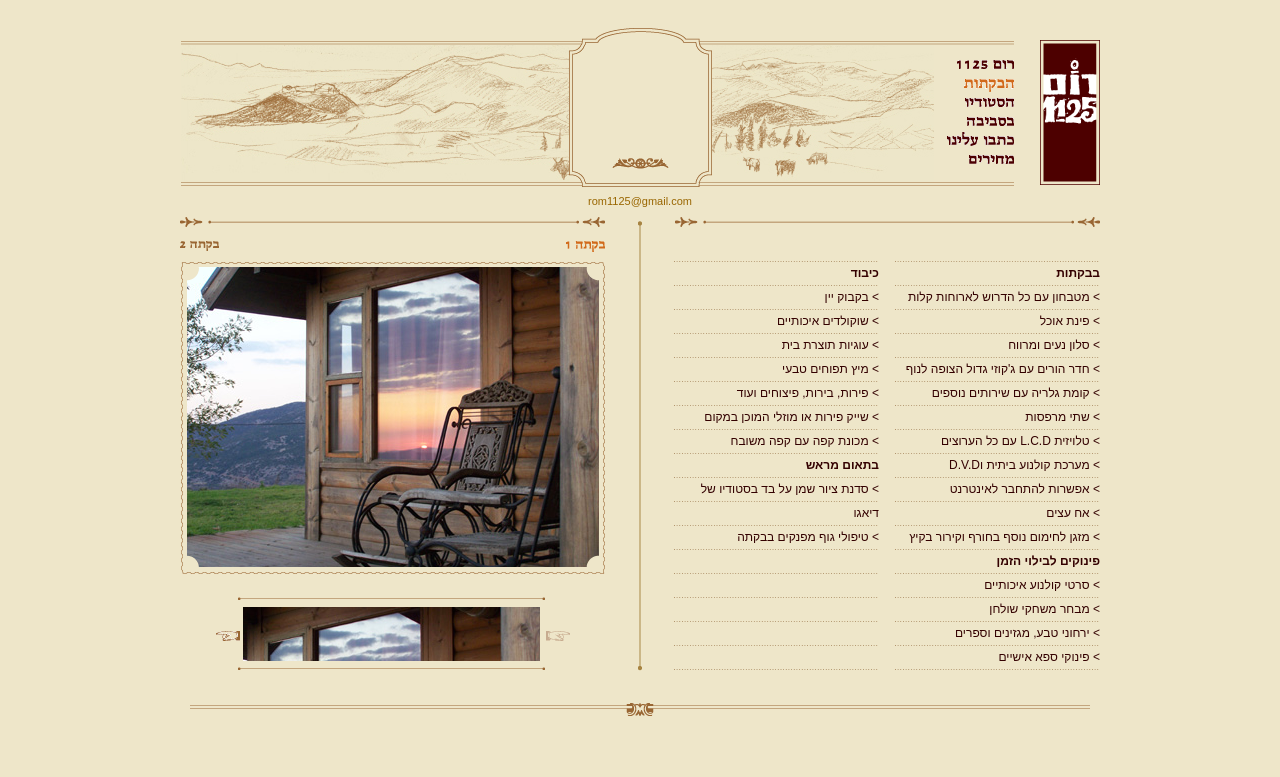
Repository: asafg/rom1125
Page: rom1125/WebContent/huts.html
These files come from the project's save history. The page is drawn as it stood at one moment and after the next save; the edit follows.
The browser window is 1280 px wide. The pictures show the whole page.

Above is the page before, as saved 2010-06-10 12:42:13.

### rom1125/WebContent/huts.html
<!DOCTYPE html PUBLIC "-//W3C//DTD XHTML 1.1//EN" "http://www.w3.org/TR/xhtml11/DTD/xhtml11.dtd">
<html xmlns="http://www.w3.org/1999/xhtml">

<head>
  <meta http-equiv="Content-Type" content="text/html; charset=utf-8"/>
  <title>רום 1125</title>
  <link rel="stylesheet" href="css/common.css" type="text/css" media="screen"/>
  <link rel="stylesheet" href="css/huts.css" type="text/css" media="screen"/>
  <script src="js/img_gal_cc_compressed.js" type="text/javascript"></script>
  <script type="text/javascript">
  function showHutGallery(hut) {
	  var otherHut = (hut == 1) ? 2 : 1;
	  $('hut' + hut).addClass('active');
	  $('hut' + otherHut).removeClass('active');
	  $('thumbnails_panel' + otherHut).setStyle('display', 'none');
	  $('slideshow' + otherHut).setStyle('display', 'none');
	  $('thumbnails_panel' + hut).setStyle('display', 'block');
	  $('slideshow' + hut).setStyle('display', 'block');
	  if (hut == 2 && hut2ImageGallery == null) {
		  initHut2Gallery();
	  }
  }

  function initHut2Gallery() {
	  hut2ImageGallery = new ImageGallery({
		slides: $$('#slideshow2 img'),
		thumbnails: $$('#thumbnails_wrapper2 img'),
		thumbnailsViewport: 'thumbnails2',
		thumbnailsContainer: 'thumbnails_wrapper2',
		nextThumbnailLink: 'left_arrow2',
		prevThumbnailLink: 'right_arrow2',
		nextThumbnailLinkClass: 'left_arrow',
		prevThumbnailLinkClass: 'right_arrow'});
  }
  </script>
</head>
<body>
<div id="main">
<!-- header -->
<div id="header">
<img id="logo" src="images/logo.png"/>
<div id="header_without_logo"><!-- The part of the header left of the logo -->
<div id="header_top"><img src="images/header_top.png"/></div>
<div id="toolbar_buttons">
<a id="home_link" href="index.html"><img src="images/blank.gif"/></a>
<img src="images/biktot_hl.gif"/>
<a id="studio_link" href="studio.html"><img src="images/blank.gif"/></a>
<a id="env_link" href="env.html"><img src="images/blank.gif"/></a>
<a id="media_link" href="media.html"><img src="images/blank.gif"/></a>
<a id="prices_link" href="prices.html"><img src="images/blank.gif"/></a>
</div><!-- toolbar_buttons -->
<div class="header_image"><img src="images/header_right.jpg"/></div>
<div class="header_image"><img src="images/header_middle.png"/></div>
<div class="header_image"><img src="images/header_left.jpg"/></div>
<div id="header_bottom"><img id="header_bottom_image" src="images/header_bottom.png"/></div>
</div><!-- header_without_logo-->
<div id="email_address_div">
<a href="mailto:rom1125@gmail.com" class="email_address">rom1125@gmail.com</a>
</div><!-- email_address_div -->
</div><!-- header -->
<!-- now for the separators -->
<div id="right_part">
<img src="images/top_horiz_sep.png" class="sep_image"/>
<div id="page_text" class="page_text">
<div id="right_col" class="text_column">
<b>בבקתות</b><br/>
&gt; מטבחון עם כל הדרוש לארוחות קלות<br/>
&gt; פינת אוכל<br/>
&gt; סלון נעים ומרווח<br/>
&gt; חדר הורים עם ג'קוזי גדול הצופה לנוף<br/>
&gt; קומת גלריה עם שירותים נוספים<br/>
&gt; שתי מרפסות<br/>
&gt; טלויזית L.C.D עם כל הערוצים<br/>
&gt; מערכת קולנוע ביתית וD.V.D<br/>
&gt; אפשרות להתחבר לאינטרנט<br/>
&gt; אח עצים<br/>
&gt; מזגן לחימום נוסף בחורף וקירור בקיץ<br/>
<b>פינוקים לבילוי הזמן</b><br/>
&gt; סרטי קולנוע איכותיים<br/>
&gt; מבחר משחקי שולחן<br/>
&gt; ירחוני טבע, מגזינים וספרים<br/>
&gt; פינוקי ספא אישיים<br/>
</div><!-- right_col -->
<div id="columns_spacer"></div>
<div id="left_col" class="text_column">
<b>כיבוד</b><br/>
&gt; בקבוק יין<br/>
&gt; שוקולדים איכותיים<br/>
&gt; עוגיות תוצרת בית<br/>
&gt; מיץ תפוחים טבעי<br/>
&gt; פירות, בירות, פיצוחים ועוד<br/>
&gt; שייק פירות או מוזלי המוכן במקום<br/>
&gt; מכונת קפה עם קפה משובח<br/>
<b>בתאום מראש</b><br/>
&gt; סדנת ציור שמן על בד בסטודיו של דיאגו<br/>
&gt; טיפולי גוף מפנקים בבקתה<br/>
</div><!-- left_col -->
</div><!-- page_text -->
</div><!-- right -->
<div id="vert_sep">
<img src="images/top_ball.png" class="sep_image"/>
<div id="vert_bar"></div>
<img src="images/bottom_ball.png" class="sep_image"/>
</div><!-- vert_sep -->
<div id="left_part">
<img src="images/top_horiz_sep.png" class="sep_image"/>
<div id="hut_links">
	<a href="#" id="hut1" onclick="showHutGallery(1)"><img src="images/blank.gif"/></a>
	<a href="#" id="hut2" onclick="showHutGallery(2)"><img src="images/blank.gif"/></a>
</div>
<div id="photo_frame"><div id="photo_frame_overlay"></div>
<div id="slideshow1">
<img src="images/photos/hut1_1.jpg" alt="השתקפות שקיעה על חלון בקתה 1" title="השתקפות שקיעה על חלון בקתה 1"/>
<img src="images/photos/hut1_2.jpg" alt="שקיעה עם וניל" title="שקיעה עם וניל"/>
<img src="images/photos/hut1_3.jpg" alt="נוף מהמרפסת - עיו קניה" title="נוף מהמרפסת - עיו קניה"/>
<img src="images/photos/hut1_4.jpg" alt="בשלג מכוון המדרגות" title="בשלג מכוון המדרגות"/>
<img src="images/photos/hut1_5.jpg" alt="המרפסת בשלג בלילה" title="המרפסת בשלג בלילה"/>
<img src="images/photos/hut1_6.jpg" alt="זריחה מיוחדת למקדימים להשכים" title="זריחה מיוחדת למקדימים להשכים"/>
<img src="images/photos/hut1_7.jpg" alt="הגפן ובקתה 1 ברקע" title="הגפן ובקתה 1 ברקע"/>
<img src="images/photos/hut1_8.jpg" alt="שקיעה משתקפת על החלון המערבי" title="שקיעה משתקפת על החלון המערבי"/>
<img src="images/photos/hut1_9.jpg" alt="ויטראז' ועץ בחלון" title="ויטראז' ועץ בחלון"/>
<img src="images/photos/hut1_10.jpg" alt="סלון בקתה 1" title="סלון בקתה 1"/>
<img src="images/photos/hut1_11.jpg" alt="הסלון מהאח" title="הסלון מהאח"/>
<img src="images/photos/hut1_12.jpg" alt="חדר שינה ועץ בחלון" title="חדר שינה ועץ בחלון"/>
<img src="images/photos/hut1_13.jpg" alt="מטבח עם קערת פרות" title="מטבח עם קערת פרות"/>
<img src="images/photos/hut1_14.jpg" alt="קערת דובדבנים ומוזלי ברקע הסלון" title="קערת דובדבנים ומוזלי ברקע הסלון"/>
<img src="images/photos/hut1_15.jpg" alt="סלון" title="סלון"/>
<img src="images/photos/hut1_16.jpg" alt="עציץ מלמטה" title="עציץ מלמטה"/>
<img src="images/photos/hut1_17.jpg" alt="קומה עליונה ועץ בחלון" title="קומה עליונה ועץ בחלון"/>
<img src="images/photos/hut1_18.jpg" alt="פינת ישיבה בקומה עליונה" title="פינת ישיבה בקומה עליונה"/>
<img src="images/photos/hut1_19.jpg" alt="נוף ירוק מחלון ג'קוזי 1" title="נוף ירוק מחלון ג'קוזי 1"/>
<img src="images/photos/hut1_20.jpg" alt="ג'קוזי וויטראז' בבקתה 1" title="ג'קוזי וויטראז' בבקתה 1"/>
<img src="images/photos/hut1_21.jpg" alt="בקתה בצללית" title="בקתה בצללית"/>
<img src="images/photos/hut1_22.jpg" alt="שני כיסאות לנוף בשלג" title="שני כיסאות לנוף בשלג"/>
</div><!-- slideshow1 -->
<div id="slideshow2">
<img src="images/photos/photo12.jpg"/>
<img src="images/photos/photo11.jpg"/>
<img src="images/photos/photo12.jpg"/>
<img src="images/photos/photo11.jpg"/>
<img src="images/photos/photo12.jpg"/>
<img src="images/photos/photo11.jpg"/>
</div><!-- slideshow2 -->
</div>
<div id="thumbnails_panel1">
<img id="upper_gallery_strip1" src="images/gallery_strip.png"/>
<div id="thumbnails_toolbar1">
<img id="right_arrow1" src="images/blank.gif" class="right_arrow"/>
<div id="thumbnails1">
<div id="thumbnails_wrapper1">
<div class="thumbnail"><img src="images/photos/hut1_1.jpg" alt="השתקפות שקיעה על חלון בקתה 1" title="השתקפות שקיעה על חלון בקתה 1"/></div>
<img src="images/photos/hut1_2.jpg" alt="שקיעה עם וניל" title="שקיעה עם וניל"/>
<img src="images/photos/hut1_3.jpg" alt="נוף מהמרפסת - עיו קניה" title="נוף מהמרפסת - עיו קניה"/>
<img src="images/photos/hut1_4.jpg" alt="בשלג מכוון המדרגות" title="בשלג מכוון המדרגות"/>
<img src="images/photos/hut1_5.jpg" alt="המרפסת בשלג בלילה" title="המרפסת בשלג בלילה"/>
<img src="images/photos/hut1_6.jpg" alt="זריחה מיוחדת למקדימים להשכים" title="זריחה מיוחדת למקדימים להשכים"/>
<img src="images/photos/hut1_7.jpg" alt="הגפן ובקתה 1 ברקע" title="הגפן ובקתה 1 ברקע"/>
<img src="images/photos/hut1_8.jpg" alt="שקיעה משתקפת על החלון המערבי" title="שקיעה משתקפת על החלון המערבי"/>
<img src="images/photos/hut1_9.jpg" alt="ויטראז' ועץ בחלון" title="ויטראז' ועץ בחלון"/>
<img src="images/photos/hut1_10.jpg" alt="סלון בקתה 1" title="סלון בקתה 1"/>
<img src="images/photos/hut1_11.jpg" alt="הסלון מהאח" title="הסלון מהאח"/>
<img src="images/photos/hut1_12.jpg" alt="חדר שינה ועץ בחלון" title="חדר שינה ועץ בחלון"/>
<img src="images/photos/hut1_13.jpg" alt="מטבח עם קערת פרות" title="מטבח עם קערת פרות"/>
<img src="images/photos/hut1_14.jpg" alt="קערת דובדבנים ומוזלי ברקע הסלון" title="קערת דובדבנים ומוזלי ברקע הסלון"/>
<img src="images/photos/hut1_15.jpg" alt="סלון" title="סלון"/>
<img src="images/photos/hut1_16.jpg" alt="עציץ מלמטה" title="עציץ מלמטה"/>
<img src="images/photos/hut1_17.jpg" alt="קומה עליונה ועץ בחלון" title="קומה עליונה ועץ בחלון"/>
<img src="images/photos/hut1_18.jpg" alt="פינת ישיבה בקומה עליונה" title="פינת ישיבה בקומה עליונה"/>
<img src="images/photos/hut1_19.jpg" alt="נוף ירוק מחלון ג'קוזי 1" title="נוף ירוק מחלון ג'קוזי 1"/>
<img src="images/photos/hut1_20.jpg" alt="ג'קוזי וויטראז' בבקתה 1" title="ג'קוזי וויטראז' בבקתה 1"/>
<img src="images/photos/hut1_21.jpg" alt="בקתה בצללית" title="בקתה בצללית"/>
<img src="images/photos/hut1_22.jpg" alt="שני כיסאות לנוף בשלג" title="שני כיסאות לנוף בשלג"/>

</div><!-- thumbnails_wrapper1 -->
</div><!-- thumbnails1 -->
<img id="left_arrow1" src="images/blank.gif" class="left_arrow"/>
</div><!-- thumbnails_toolbar1 -->
<img id="lower_gallery_strip1" src="images/gallery_strip.png"/>
</div><!-- thumbnails_panel1 -->
<div id="thumbnails_panel2">
<img id="upper_gallery_strip2" src="images/gallery_strip.png"/>
<div id="thumbnails_toolbar2">
<img id="right_arrow2" src="images/blank.gif" class="right_arrow"/>
<div id="thumbnails2">
<div id="thumbnails_wrapper2">
<div class="thumbnail"><img src="images/photos/photo5_small.jpg" class="thumbnail"/></div>
<div class="thumbnail"><img src="images/photos/photo5_small.jpg" class="thumbnail"/></div>
<div class="thumbnail"><img src="images/photos/photo5_small.jpg" class="thumbnail"/></div>
<div class="thumbnail"><img src="images/photos/photo5_small.jpg" class="thumbnail"/></div>
<div class="thumbnail"><img src="images/photos/photo5_small.jpg" class="thumbnail"/></div>
<div class="thumbnail"><img src="images/photos/photo6_small.jpg" class="thumbnail"/></div>
<div class="thumbnail"><img src="images/photos/photo6_small.jpg" class="thumbnail"/></div>
</div><!-- thumbnails_wrapper -->
</div><!-- thumbnails -->
<img id="left_arrow2" src="images/blank.gif" class="left_arrow"/>
</div><!-- thumbnails_toolbar2 -->
<img id="lower_gallery_strip2" src="images/gallery_strip.png"/>
</div><!-- thumbnails_panel2 -->
</div><!-- left -->
<div id="footer">
<img src="images/footer_sep.png" class="sep_image"/>
</div><!-- footer -->
</div><!-- main -->
<script type="text/javascript">
var hut1ImageGallery = new ImageGallery({
	slides: $$('#slideshow1 img'),
	thumbnails: $$('#thumbnails_wrapper1 img'),
	thumbnailsViewport: 'thumbnails1',
	thumbnailsContainer: 'thumbnails_wrapper1',
	nextThumbnailLink: 'left_arrow1',
	prevThumbnailLink: 'right_arrow1',
	nextThumbnailLinkClass: 'left_arrow',
	prevThumbnailLinkClass: 'right_arrow'
});

var hut2ImageGallery = null;

showHutGallery(1);
</script>
</body>
</html>

### rom1125/WebContent/css/common.css
body
{
	background-color: #EEE6C9;
	margin: 0px;
	padding: 0px;
}

#main
{
	width: 1000px;
	height: 750px;
	direction: rtl;
	margin-left: auto;
   	margin-right: auto;
}

/* beginning of header definitions */

#header
{
	margin-top: 27px;
}

#logo
{
	width: 60px;
	margin-top: 13px;
	margin-right: 40px;
	float: right;
}

#header_without_logo
{
	margin-right: 26px;
	margin-top: 1px;
	padding: 0px;
	width: 834px;
	float: right;
}

#header_top
{
	margin: 0px;
	padding: 0px;
	height: 17px;
	float: right;
	display: block;
}

#header_bottom
{
	margin: 0px;
	padding: 0px;
	height: 5px;
	float: right;
	display: block;
}

#header_bottom_image
{
	margin: 0px;
	padding: 0px;
	vertical-align: top;
}

.header_image
{
	margin: 0px;
	padding: 0px;
	height: 137px;
	float: right;
	display: block;
}

#toolbar_buttons
{
	margin-top: 11px;
	margin-left: 13px;
	float: right;
}

#toolbar_buttons img
{
	margin: 0px 0px 2px 0px; width: 67px; height: 17px; padding: 0px; display: block; border-width: 0px;
}

/*toolbar buttons images are set as background images in order to allow rollover effect using css (no javascript) */
#toolbar_buttons a#home_link   img {background: url("../images/rom.gif") top left no-repeat;}
#toolbar_buttons a#huts_link   img {background: url("../images/biktot.gif") top left no-repeat;}
#toolbar_buttons a#studio_link img {background: url("../images/studio.gif") top left no-repeat;}
#toolbar_buttons a#env_link    img {background: url("../images/sviva.gif") top left no-repeat;}
#toolbar_buttons a#media_link  img {background: url("../images/katvu.gif") top left no-repeat;}
#toolbar_buttons a#prices_link img {background: url("../images/mehirim.gif") top left no-repeat;}

#toolbar_buttons a#home_link:hover   img {background: url("../images/rom_hl.gif") top left no-repeat;}
#toolbar_buttons a#huts_link:hover   img {background: url("../images/biktot_hl.gif") top left no-repeat;}
#toolbar_buttons a#studio_link:hover img {background: url("../images/studio_hl.gif") top left no-repeat;}
#toolbar_buttons a#env_link:hover    img {background: url("../images/sviva_hl.gif") top left no-repeat;}
#toolbar_buttons a#media_link:hover  img {background: url("../images/katvu_hl.gif") top left no-repeat;}
#toolbar_buttons a#prices_link:hover img {background: url("../images/mehirim_hl.gif") top left no-repeat;}

#email_address_div
{
	padding-top: 8px;
	margin-left: auto;
    margin-right: auto;
	font-family: arial, sans-serif;
	font-size: 11px;
	display: block;
	text-align: center;
	clear: both;
}

a.email_address:link, a.email_address:active, a.email_address:focus, a.email_address:visited
{
	color: #996600;
	text-decoration: none;
}

a.email_address:hover
{
	color: #CC6600;
	text-decoration: none;
}

/* end of header definitions */

#right_part
{
	width: 425px;
	margin-top: 10px;
	margin-right: 40px;
	float: right;
}

#vert_sep
{
	float: right;
	margin: 14px 33px 0px 33px;
	padding: 0px;
}

#vert_bar
{
	width: 2px;
	height: 440px;
	margin: 0 1px 0 1px;
	background-color: #cbb787;
}

#left_part
{
	width: 425px;
	margin-top: 10px;
	margin-left: 0px;
	float: right;
}

.sep_image
{
	padding: 0;
	display: block;
}

#footer
{
	margin: 0px 50px 0px 50px;
	float: none;
	clear: both;
}

### rom1125/WebContent/css/huts.css
.page_text
{
	float: right;
	width: 426px;
	margin-top: 34px;
	line-height: 200%;
	font-family: arial;
	font-size: 12px;
	color: #330000;
	border: 0px solid red;
}

.text_column
{
	background-image: url("../images/dashed_line.png");
	background-repeat:repeat-y;
	float: right;
	width: 205px;
	height: 409px;
	border: 0px solid black;
}

#columns_spacer
{
	float: right;
	width: 16px;
	height: 409px;
	border: 0px solid green;
}

#hut_links a img {width: 39px; height: 11px; margin: 0px; display: block; border-width: 0px;}

#hut_links
{
	margin-top: 14px;
}

#hut_links a#hut1 img
{
	background: url("../images/hut1.png") top left no-repeat;
	float: right;
}

#hut_links a#hut2 img
{
	background: url("../images/hut2.png") top left no-repeat;
	float: left;
}

#hut_links a#hut1:hover img {background: url("../images/hut1_hl.png") top left no-repeat;}

#hut_links a#hut2:hover img {background: url("../images/hut2_hl.png") top left no-repeat;}

#hut_links a#hut1.active img {background: url("../images/hut1_hl.png") top left no-repeat;}

#hut_links a#hut2.active img {background: url("../images/hut2_hl.png") top left no-repeat;}

#footer
{
	padding-top: 32px;
}

/* image gallery */
#photo_frame
{
	position: relative;
	margin-top: 34px;
	width: 425px;
	height: 313px;
	overflow: hidden;
}

#photo_frame img
{
	padding: 6px 6px 0px 0px;
}

#photo_frame_overlay
{
	position:absolute; top:0; left:0; width: 100%; height: 100%; z-index:998;
	background: url("../images/frame_big.png") no-repeat center;
}

/* hide the slide show of the second hut */
#thumbnails_panel2, #slideshow2
{
	display: none;
}

#thumbnails_panel1, #thumbnails_panel2
{
	margin-top: 11px;
	width: 354px;
}

#upper_gallery_strip1, #upper_gallery_strip2
{
	margin: 12px 60px 7px 0px;
	float: right;
}

#lower_gallery_strip1, #lower_gallery_strip2
{
	margin: 6px 60px 0px 0px;
	float: right;
}

#thumbnails_toolbar1, #thumbnails_toolbar2
{
	margin-right: 35px;
	width: 354px;
}

#right_arrow1, #right_arrow2
{
	width: 24px;
	height: 11px;
	margin: 24px 0px 0px 3px;
	vertical-align: middle;
	clear: both;
	float: right;
	display: block;
	border: 0px;
}

img.right_arrow
{
	background: url("../images/right_arrow.gif") top left no-repeat;
}

img.right_arrow:hover
{
	background: url("../images/right_arrow_hl.gif") top left no-repeat;
}

img.right_arrow_disabled
{
	background: url("../images/right_arrow_da.png") top left no-repeat;
}

#left_arrow1, #left_arrow2
{
	width: 24px;
	height: 11px;
	margin: 24px 3px 0px 0px;
	float: right;
	border: 0px;
}

img.left_arrow
{
	background: url("../images/left_arrow.gif") top left no-repeat;
}

img.left_arrow:hover
{
	background: url("../images/left_arrow_hl.gif") top left no-repeat;
}

img.left_arrow_disabled
{
	background: url("../images/left_arrow_da.png") top left no-repeat;
}

#thumbnails1, #thumbnails2
{
	position: relative;
	width: 300px;
	height: 54px;
	float: right;
	overflow: hidden;
}

#thumbnails_wrapper1, #thumbnails_wrapper2
{
	position: absolute;
	width: 420px;
	height: 54px;
	/*float: right;*/
}

.thumbnail
{
	background: url("../images/frame_small.png") no-repeat center;
	margin-left: 3px;
	margin-right: 3px;
	width: 54px;
	height: 54px;
	float: right;
}

div.thumbnail:hover
{
	background: url("../images/frame_small_hl.png") no-repeat center;
	margin-left: 3px;
	margin-right: 3px;
	width: 54px;
	height: 54px;
	float: right;
}

img.thumbnail
{
	margin: 4px 4px auto;
	width: 46px;
	height: 46px;
	border: 1px black;
}
/* end of image gallery */

Loaded but not shown: rom1125/WebContent/js/img_gal_cc_compressed.js (library)

After the next save:
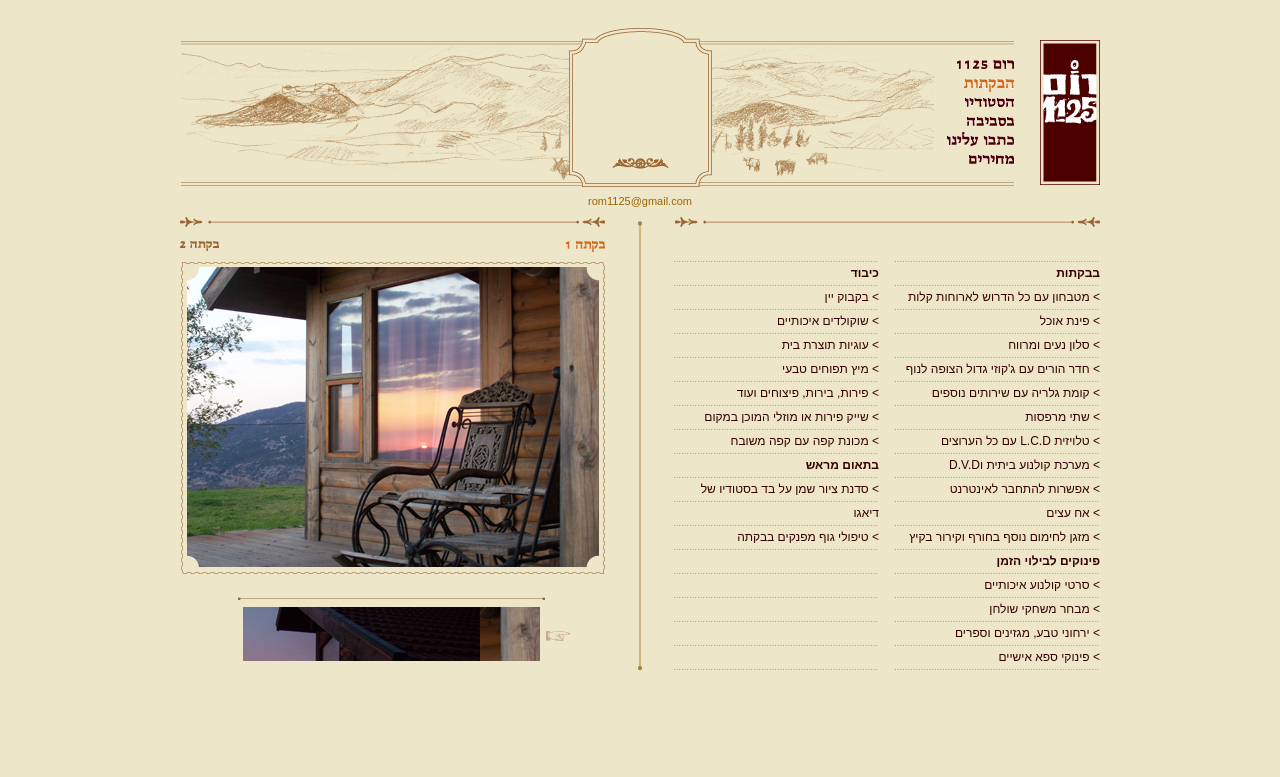
Saved 66 s later.
--- a/rom1125/WebContent/huts.html
+++ b/rom1125/WebContent/huts.html
@@ -149,27 +149,27 @@
 <div id="thumbnails1">
 <div id="thumbnails_wrapper1">
 <div class="thumbnail"><img src="images/photos/hut1_1.jpg" alt="השתקפות שקיעה על חלון בקתה 1" title="השתקפות שקיעה על חלון בקתה 1"/></div>
-<img src="images/photos/hut1_2.jpg" alt="שקיעה עם וניל" title="שקיעה עם וניל"/>
-<img src="images/photos/hut1_3.jpg" alt="נוף מהמרפסת - עיו קניה" title="נוף מהמרפסת - עיו קניה"/>
-<img src="images/photos/hut1_4.jpg" alt="בשלג מכוון המדרגות" title="בשלג מכוון המדרגות"/>
-<img src="images/photos/hut1_5.jpg" alt="המרפסת בשלג בלילה" title="המרפסת בשלג בלילה"/>
-<img src="images/photos/hut1_6.jpg" alt="זריחה מיוחדת למקדימים להשכים" title="זריחה מיוחדת למקדימים להשכים"/>
-<img src="images/photos/hut1_7.jpg" alt="הגפן ובקתה 1 ברקע" title="הגפן ובקתה 1 ברקע"/>
-<img src="images/photos/hut1_8.jpg" alt="שקיעה משתקפת על החלון המערבי" title="שקיעה משתקפת על החלון המערבי"/>
-<img src="images/photos/hut1_9.jpg" alt="ויטראז' ועץ בחלון" title="ויטראז' ועץ בחלון"/>
-<img src="images/photos/hut1_10.jpg" alt="סלון בקתה 1" title="סלון בקתה 1"/>
-<img src="images/photos/hut1_11.jpg" alt="הסלון מהאח" title="הסלון מהאח"/>
-<img src="images/photos/hut1_12.jpg" alt="חדר שינה ועץ בחלון" title="חדר שינה ועץ בחלון"/>
-<img src="images/photos/hut1_13.jpg" alt="מטבח עם קערת פרות" title="מטבח עם קערת פרות"/>
-<img src="images/photos/hut1_14.jpg" alt="קערת דובדבנים ומוזלי ברקע הסלון" title="קערת דובדבנים ומוזלי ברקע הסלון"/>
-<img src="images/photos/hut1_15.jpg" alt="סלון" title="סלון"/>
-<img src="images/photos/hut1_16.jpg" alt="עציץ מלמטה" title="עציץ מלמטה"/>
-<img src="images/photos/hut1_17.jpg" alt="קומה עליונה ועץ בחלון" title="קומה עליונה ועץ בחלון"/>
-<img src="images/photos/hut1_18.jpg" alt="פינת ישיבה בקומה עליונה" title="פינת ישיבה בקומה עליונה"/>
-<img src="images/photos/hut1_19.jpg" alt="נוף ירוק מחלון ג'קוזי 1" title="נוף ירוק מחלון ג'קוזי 1"/>
-<img src="images/photos/hut1_20.jpg" alt="ג'קוזי וויטראז' בבקתה 1" title="ג'קוזי וויטראז' בבקתה 1"/>
-<img src="images/photos/hut1_21.jpg" alt="בקתה בצללית" title="בקתה בצללית"/>
-<img src="images/photos/hut1_22.jpg" alt="שני כיסאות לנוף בשלג" title="שני כיסאות לנוף בשלג"/>
+<div class="thumbnail"><img src="images/photos/hut1_2.jpg" alt="שקיעה עם וניל" title="שקיעה עם וניל"/>
+<div class="thumbnail"><img src="images/photos/hut1_3.jpg" alt="נוף מהמרפסת - עיו קניה" title="נוף מהמרפסת - עיו קניה"/>
+<div class="thumbnail"><img src="images/photos/hut1_4.jpg" alt="בשלג מכוון המדרגות" title="בשלג מכוון המדרגות"/>
+<div class="thumbnail"><img src="images/photos/hut1_5.jpg" alt="המרפסת בשלג בלילה" title="המרפסת בשלג בלילה"/>
+<div class="thumbnail"><img src="images/photos/hut1_6.jpg" alt="זריחה מיוחדת למקדימים להשכים" title="זריחה מיוחדת למקדימים להשכים"/>
+<div class="thumbnail"><img src="images/photos/hut1_7.jpg" alt="הגפן ובקתה 1 ברקע" title="הגפן ובקתה 1 ברקע"/>
+<div class="thumbnail"><img src="images/photos/hut1_8.jpg" alt="שקיעה משתקפת על החלון המערבי" title="שקיעה משתקפת על החלון המערבי"/>
+<div class="thumbnail"><img src="images/photos/hut1_9.jpg" alt="ויטראז' ועץ בחלון" title="ויטראז' ועץ בחלון"/>
+<div class="thumbnail"><img src="images/photos/hut1_10.jpg" alt="סלון בקתה 1" title="סלון בקתה 1"/>
+<div class="thumbnail"><img src="images/photos/hut1_11.jpg" alt="הסלון מהאח" title="הסלון מהאח"/>
+<div class="thumbnail"><img src="images/photos/hut1_12.jpg" alt="חדר שינה ועץ בחלון" title="חדר שינה ועץ בחלון"/>
+<div class="thumbnail"><img src="images/photos/hut1_13.jpg" alt="מטבח עם קערת פרות" title="מטבח עם קערת פרות"/>
+<div class="thumbnail"><img src="images/photos/hut1_14.jpg" alt="קערת דובדבנים ומוזלי ברקע הסלון" title="קערת דובדבנים ומוזלי ברקע הסלון"/>
+<div class="thumbnail"><img src="images/photos/hut1_15.jpg" alt="סלון" title="סלון"/></div>
+<div class="thumbnail"><img src="images/photos/hut1_16.jpg" alt="עציץ מלמטה" title="עציץ מלמטה"/></div>
+<div class="thumbnail"><img src="images/photos/hut1_17.jpg" alt="קומה עליונה ועץ בחלון" title="קומה עליונה ועץ בחלון"/></div>
+<div class="thumbnail"><img src="images/photos/hut1_18.jpg" alt="פינת ישיבה בקומה עליונה" title="פינת ישיבה בקומה עליונה"/></div>
+<div class="thumbnail"><img src="images/photos/hut1_19.jpg" alt="נוף ירוק מחלון ג'קוזי 1" title="נוף ירוק מחלון ג'קוזי 1"/></div>
+<div class="thumbnail"><img src="images/photos/hut1_20.jpg" alt="ג'קוזי וויטראז' בבקתה 1" title="ג'קוזי וויטראז' בבקתה 1"/></div>
+<div class="thumbnail"><img src="images/photos/hut1_21.jpg" alt="בקתה בצללית" title="בקתה בצללית"/></div>
+<div class="thumbnail"><img src="images/photos/hut1_22.jpg" alt="שני כיסאות לנוף בשלג" title="שני כיסאות לנוף בשלג"/></div>
 
 </div><!-- thumbnails_wrapper1 -->
 </div><!-- thumbnails1 -->
